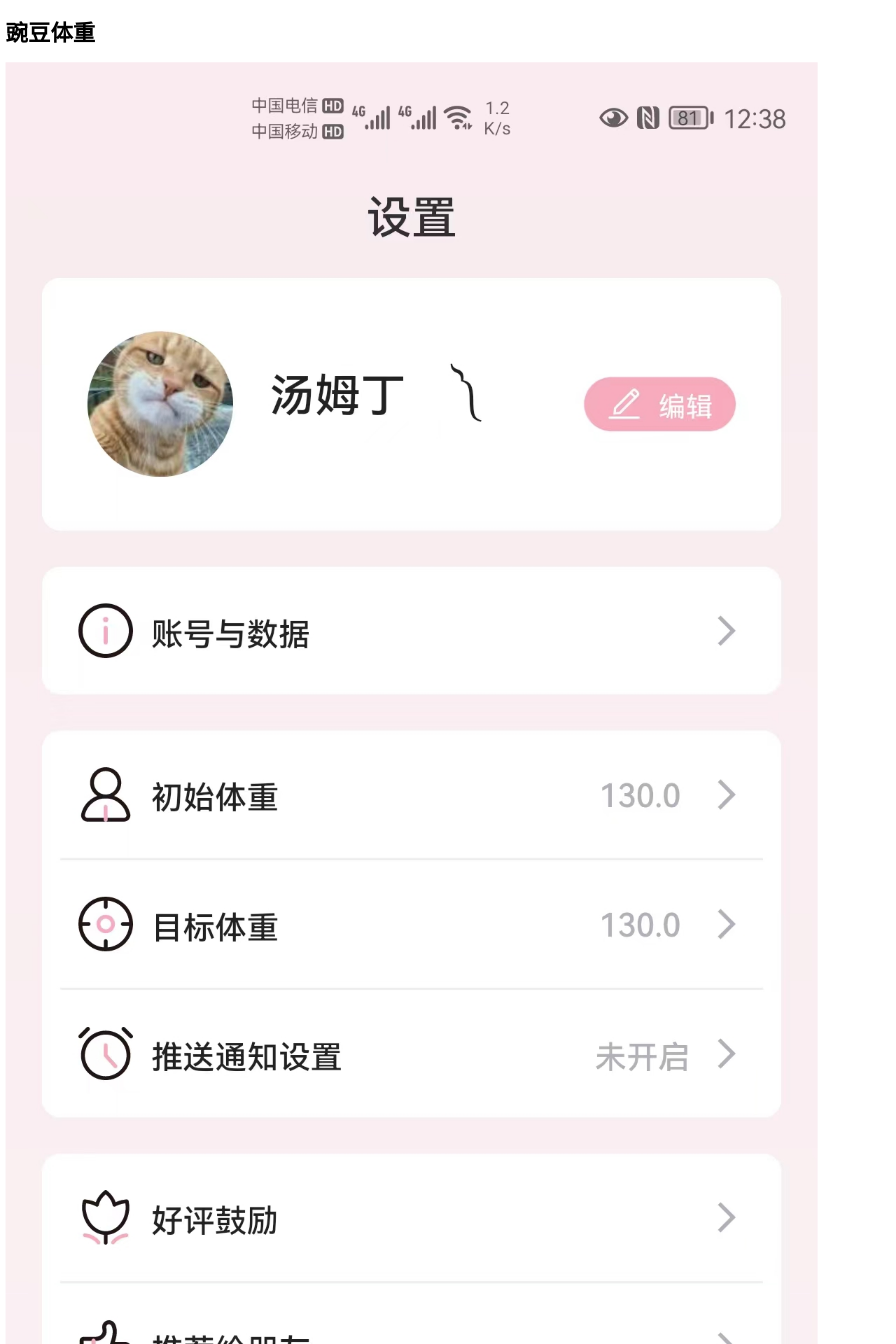
Repository: lovexinforever/weight_web
Page: index.html
The author's editor kept a copy of each file at every save. The page is drawn from the files as they stood at one save, then again after the next save.
The browser window is 1280 px wide. The pictures show the part of the page from y = 0 to 1920 px (the page is 2801 px tall), at 70% of full size.

Above is the page before, as saved 2022-05-06 12:52:15.

### index.html
<!DOCTYPE html>
<html lang="zh-cn">
    <meta http-equiv="Content-Type" content="text/html; charset=utf-8" />
    <title>豌豆体重</title>
    <body class="body">
        <h1>豌豆体重</h1>
        <div>
            <img src="images/WechatIMG232.jpeg"/>
        </div>
    </body>
</html>

After the next save:
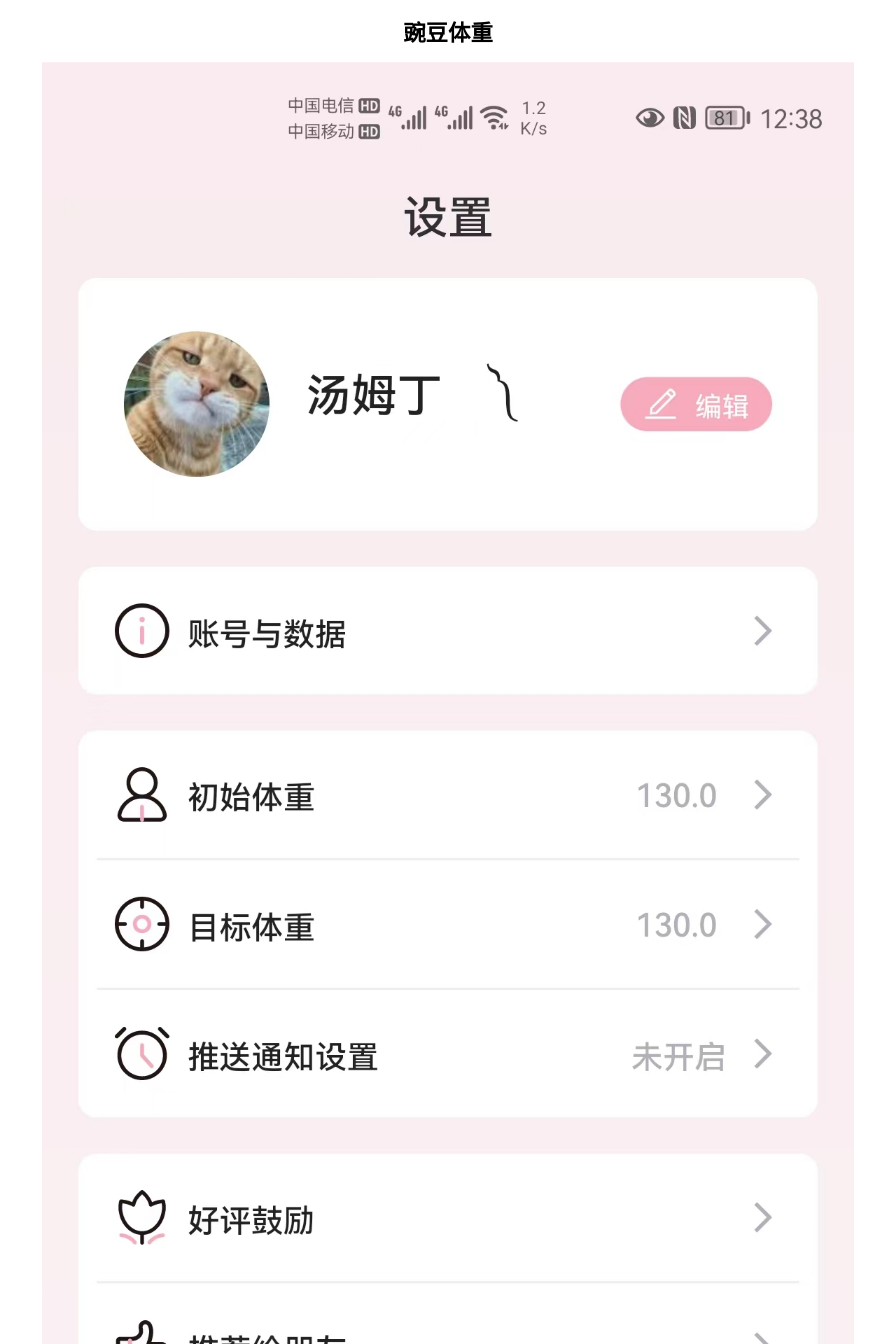
Saved 2 min 16 s later.
--- a/index.html
+++ b/index.html
@@ -9,3 +9,9 @@
         </div>
     </body>
 </html>
+
+<style>
+    .body{
+        text-align: center;
+    }
+</style>
